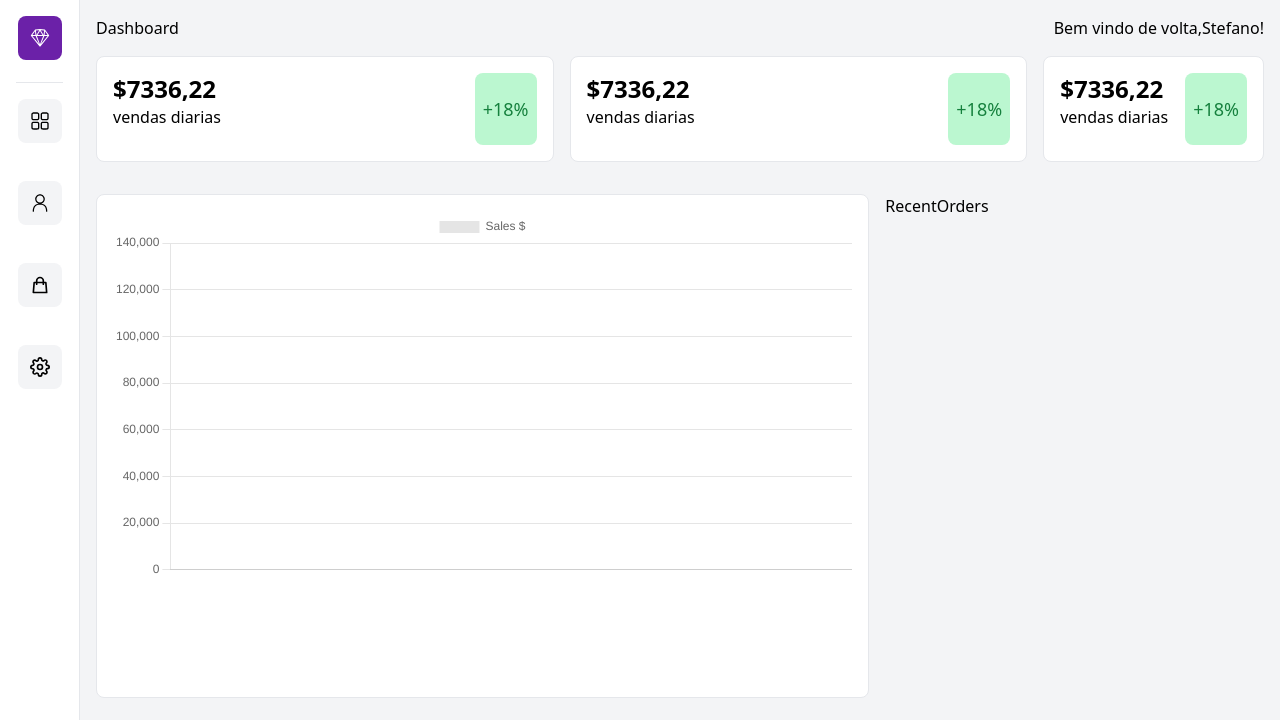
Repository: stefanosousaa/dashboard-next13
Page: /
An editor plug-in stored every save of this project. The page is shown before and after the next save, followed by the edit.
The browser window is 1280 px wide. The pictures show the whole page.
The project was rebuilt for these pictures with package versions that can differ from the ones it lists, and the page was loaded fresh each time. The framework's server and built-in components were replaced by stand-ins that run in the browser. Also part of the build but not shown: next.config.js.

Above is the page before, as saved 2023-05-13 16:42:58.

After the next save:
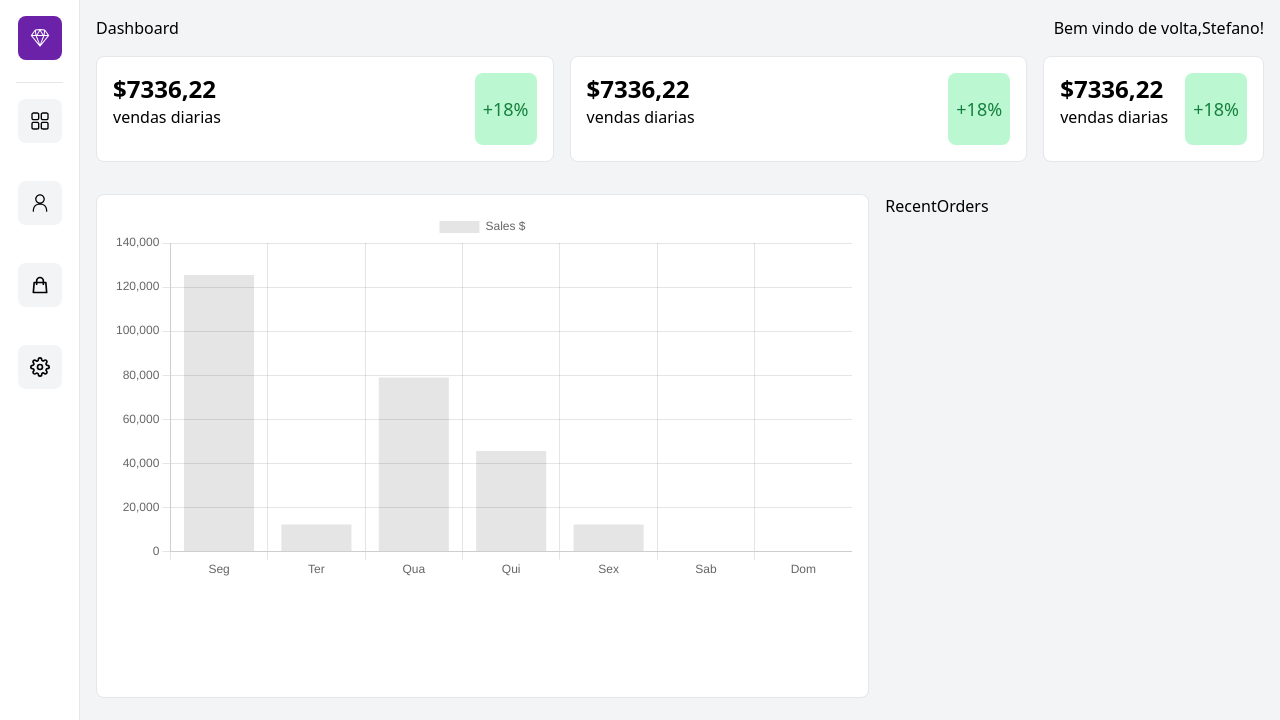
Saved 106 s later.
--- a/components/BarChart.jsx
+++ b/components/BarChart.jsx
@@ -30,7 +30,7 @@ const BarChart = () => {
 
     useEffect(() =>{
      setChartData({
-        labels: [],
+        labels: ['Seg' , 'Ter' , 'Qua' , 'Qui' , 'Sex', 'Sab' , 'Dom'],
         datasets: [
             {
                 label : 'Sales $',
